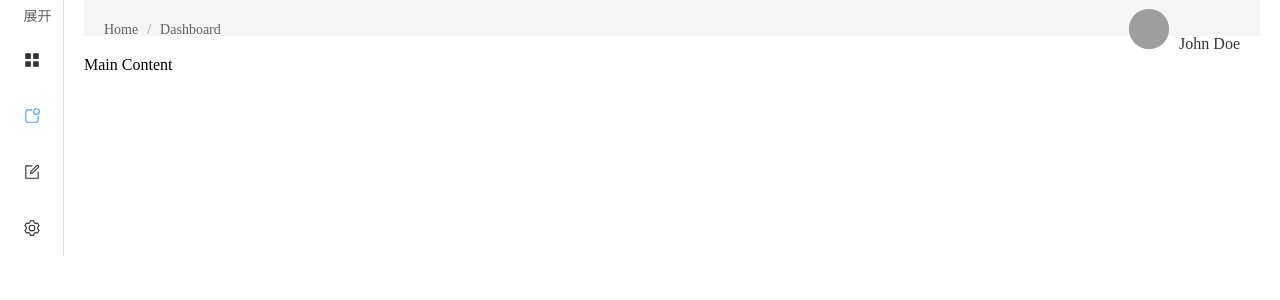
Repository: IsHexx/VerityX
Page: /home (app in front/)
These files come from the project's save history. The page is drawn as it stood at one moment and after the next save; the edit follows.
The browser window is 1280 px wide. The pictures show the whole page.
Pictures or frames that could not be fetched are drawn as grey boxes. The project was rebuilt for these pictures with package versions that can differ from the ones it lists, and the page was loaded fresh each time. Also part of the build but not shown: front/vue.config.js, front/src/components/UserlLogin.vue.

Above is the page before, as saved 2024-10-08 19:07:30.

### front/src/App.vue
<template>
  <router-view></router-view>
</template>

<script>
export default {
  name: 'App',
};
</script>

<style>
*{
 margin:0;
 padding:0
}
</style>

### front/src/router/index.js
import { createRouter, createWebHistory } from 'vue-router';
import UserLogin from '@/components/UserlLogin.vue';
import HomePage from '@/views/HomePage.vue';


const routes = [
  {
    path: '/login',
    name: 'Login',
    component: UserLogin
  },
  {
    path: '/home',  // 新增的导航页面路由
    name: 'Home',
    component: HomePage
  }
];

const router = createRouter({
  history: createWebHistory(),
  routes
});

// 路由守卫，检查登录状态
router.beforeEach((to, from, next) => {
  const token = localStorage.getItem('token');
  if (to.matched.some(record => record.meta.requiresAuth) && !token) {
    next({ name: 'Login' });
  } else {
    next();
  }
});

export default router;

### front/src/store/index.js
import { createStore } from 'vuex';
import { login } from '@/api/auth';

export default createStore({
    state: {
        user: null,
        token: null,
    },
    mutations: {
        SET_USER(state, user) {
            state.user = user;
        },
        SET_TOKEN(state, token) {
            state.token = token;
        },
        LOGOUT(state) {
            state.user = null;
            state.token = null;
        }
    },
    actions: {
        async login({ commit }, credentials) {
            try {
                const response = await login(credentials);
                const { user, token } = response.data;
                commit('SET_USER', user);
                commit('SET_TOKEN', token);
                return true;
            } catch (error) {
                console.error('登录失败:', error);
                return false;
            }
        },
        logout({ commit }) {
            commit('LOGOUT');
        }
    }
});

### front/src/views/HomePage.vue
<template>
    <div class="common-layout">
        <el-container>
            <!-- 侧边栏 -->
            <el-aside class="fixed-aside">
                <common-aside></common-aside>
            </el-aside>

            <!-- 右侧内容，Header 和 Main 为上下布局 -->
            <el-container direction="vertical">
                <!-- Header 部分 -->
                <el-header>
                    <common-header></common-header>
                </el-header>

                <!-- Main 部分 -->
                <el-main>
                    Main Content
                </el-main>
            </el-container>
        </el-container>
    </div>
</template>

<script>
import CommonHeader from "../components/CommonHeader.vue";
import CommonAside from "../components/CommonAside.vue";

export default {
    components: {
        CommonAside,
        CommonHeader,
    }
}
</script>

<style scoped>
.common-layout {
    height: 100vh; /* 设置整体布局占满整个视口高度 */
}

.fixed-aside {
  background-color: #ffffff;
  color: #333;
  height: calc(100vh);
  overflow-y: auto;
  width: auto;
  max-width: 200px;
  border-radius: 20px 0px 0px 20px;
}

.common-layout > .el-container {
    height: 100%;
}


.common-layout > .el-container > .el-container > .el-header {
    height: 5%; /* 固定 Header 的高度 */
    margin: 0px;
}

.common-layout > .el-container > .el-container > .el-main {
    background-color: #fff;
    height: calc(100vh - 5%); /* Main 高度等于视口高度减去 Header 的高度 */
    margin: 0px;
}
</style>

### front/src/api/auth.js
import axios from 'axios';

export function login(data) {
    return axios.post('/api/login', data);
}

### front/src/components/CommonHeader.vue
<template>
  <el-header class="header">
    <!-- 导航栏左侧内容 -->
    <div class="header-left">
      <el-breadcrumb separator="/">
        <el-breadcrumb-item>Home</el-breadcrumb-item>
        <el-breadcrumb-item>Dashboard</el-breadcrumb-item>
      </el-breadcrumb>
    </div>

    <!-- 导航栏右侧内容 -->
    <div class="header-right">
      <!-- 用户信息部分：头像 + 用户名 + 下拉菜单 -->
      <el-dropdown trigger="click">
        <span class="el-dropdown-link">
          <el-avatar src="https://www.example.com/user-avatar.jpg" size="40"></el-avatar>
          <span class="username">{{ username }}</span>
        </span>
        <template #dropdown>
          <el-dropdown-menu>
            <el-dropdown-item>Profile</el-dropdown-item>
            <el-dropdown-item>Settings</el-dropdown-item>
            <el-dropdown-item divided @click="logout">Logout</el-dropdown-item>
          </el-dropdown-menu>
        </template>
      </el-dropdown>
    </div>
  </el-header>
</template>

<script setup>
import { ref } from 'vue';

// 模拟用户名
const username = ref('John Doe');

// 模拟退出登录方法
const logout = () => {
  console.log('Logout clicked');
  // 在此处处理退出登录的逻辑
};
</script>

<style scoped>
.header {
  display: flex;
  justify-content: space-between;
  padding: 0 20px;
  background-color: #f5f5f5;
  height: 60px;
  align-items: center;
}

.header-left {
  display: flex;
  align-items: center;
}

.header-right {
  display: flex;
  align-items: center;
}

.username {
  margin-left: 10px;
  font-size: 16px;
  color: #333;
}

.el-avatar {
  cursor: pointer;
}
</style>

### front/src/components/CommonAside.vue
<template>
  <div class="aside">
    <el-menu
      default-active="2"
      class="el-menu-vertical-demo"
      :collapse="isCollapse"
      @open="handleOpen"
      @close="handleClose"
    >
      <el-button
        :icon="isCollapse ? 'el-icon-arrow-right' : 'el-icon-arrow-down'"
        @click="toggleCollapse"
        style="width: 55px; border: 0px"
      >
        {{ isCollapse ? "展开" : "折叠" }}
      </el-button>
      <el-sub-menu index="1">
        <template #title>
          <el-icon><House /></el-icon>
          <span>Navigator One</span>
        </template>
        <el-menu-item-group>
          <el-menu-item index="1-1">item one</el-menu-item>
          <el-menu-item index="1-2">item two</el-menu-item>
        </el-menu-item-group>
          <el-menu-item index="1-3">item three</el-menu-item>
          <el-menu-item index="1-3">item four</el-menu-item>
      </el-sub-menu>
      <el-menu-item index="2">
        <el-icon><Notification /></el-icon>
        <template #title>Navigator Two</template>
      </el-menu-item>
      <el-menu-item index="3">
        <el-icon><Edit /></el-icon>
        <template #title>Navigator Three</template>
      </el-menu-item>
      <el-menu-item index="4">
        <el-icon><setting /></el-icon>
        <template #title>Navigator Four</template>
      </el-menu-item>
    </el-menu>
  </div>
</template>

  <script  setup>
import { ref } from "vue";
import {
  Menu as House,
  Edit,
  Notification,
  Setting,
} from "@element-plus/icons-vue";

const isCollapse = ref(true);

const toggleCollapse = () => {
  isCollapse.value = !isCollapse.value;
};
const handleOpen = (key) => {
  console.log(key);
};
const handleClose = (key) => {
  console.log(key);
};
</script>

  <style>
.aside {
  background-color: #ffffff;
}
.el-menu-vertical-demo:not(.el-menu--collapse) {
  width: 100%;
  height: 100%; /* 确保菜单占据整个父容器高度 */
  /*overflow-y: clip; !* 使菜单内容滚动 *!*/
  /* min-height: 400px; */
  background-color: #ffffff;
}
</style>

Loaded but not shown: front/public/index.html (common file); front/src/main.js (common file)

After the next save:
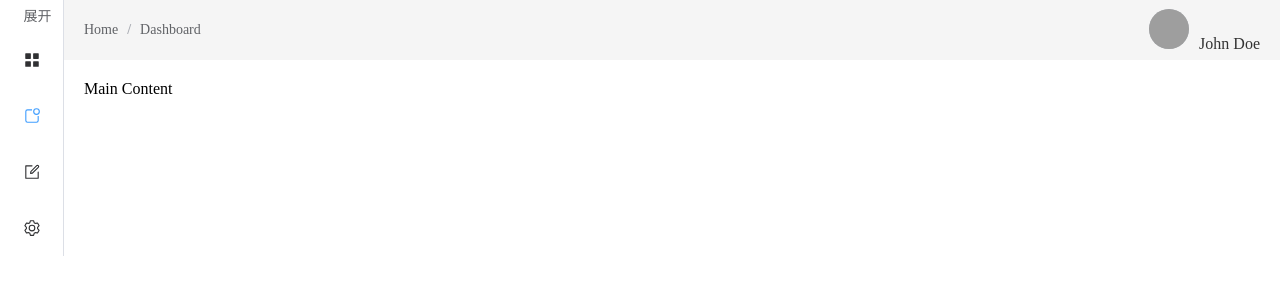
Saved 99 s later.
--- a/front/src/views/HomePage.vue
+++ b/front/src/views/HomePage.vue
@@ -1,67 +1,69 @@
 <template>
     <div class="common-layout">
-        <el-container>
-            <!-- 侧边栏 -->
-            <el-aside class="fixed-aside">
-                <common-aside></common-aside>
-            </el-aside>
+      <el-container>
+        <!-- 侧边栏 -->
+        <el-aside class="fixed-aside">
+          <common-aside></common-aside>
+        </el-aside>
 
-            <!-- 右侧内容，Header 和 Main 为上下布局 -->
-            <el-container direction="vertical">
-                <!-- Header 部分 -->
-                <el-header>
-                    <common-header></common-header>
-                </el-header>
+        <!-- 右侧内容，Header 和 Main 为上下布局 -->
+        <el-container direction="vertical">
+          <!-- Header 部分 -->
+          <el-header>
+            <!-- 引用 CommonHeader -->
+            <common-header></common-header>
+          </el-header>
 
-                <!-- Main 部分 -->
-                <el-main>
-                    Main Content
-                </el-main>
-            </el-container>
+          <!-- Main 部分 -->
+          <el-main>
+            Main Content
+          </el-main>
         </el-container>
+      </el-container>
     </div>
-</template>
+  </template>
 
-<script>
-import CommonHeader from "../components/CommonHeader.vue";
-import CommonAside from "../components/CommonAside.vue";
+  <script>
+  import CommonHeader from "../components/CommonHeader.vue";
+  import CommonAside from "../components/CommonAside.vue";
 
-export default {
+  export default {
     components: {
-        CommonAside,
-        CommonHeader,
-    }
-}
-</script>
+      CommonAside,
+      CommonHeader,
+    },
+  };
+  </script>
 
-<style scoped>
-.common-layout {
+  <style scoped>
+  .common-layout {
     height: 100vh; /* 设置整体布局占满整个视口高度 */
-}
+  }
 
-.fixed-aside {
-  background-color: #ffffff;
-  color: #333;
-  height: calc(100vh);
-  overflow-y: auto;
-  width: auto;
-  max-width: 200px;
-  border-radius: 20px 0px 0px 20px;
-}
+  .fixed-aside {
+    background-color: #ffffff;
+    color: #333;
+    height: calc(100vh);
+    overflow-y: auto;
+    width: auto;
+    max-width: 200px;
+    border-radius: 20px 0px 0px 20px;
+  }
 
-.common-layout > .el-container {
+  .common-layout > .el-container {
     height: 100%;
-}
+  }
 
+  .common-layout > .el-container > .el-container > .el-header {
+    height: 60px; /* 固定 Header 的高度 */
+    padding: 0;
+    background-color: #f5f5f5;
+    line-height: 60px; /* 让内容在 Header 内居中显示 */
+  }
 
-.common-layout > .el-container > .el-container > .el-header {
-    height: 5%; /* 固定 Header 的高度 */
-    margin: 0px;
-}
-
-.common-layout > .el-container > .el-container > .el-main {
+  .common-layout > .el-container > .el-container > .el-main {
     background-color: #fff;
-    height: calc(100vh - 5%); /* Main 高度等于视口高度减去 Header 的高度 */
-    margin: 0px;
-}
-</style>
+    height: calc(100vh - 60px); /* Main 高度等于视口高度减去 Header 的高度 */
+    padding: 20px;
+  }
+  </style>
